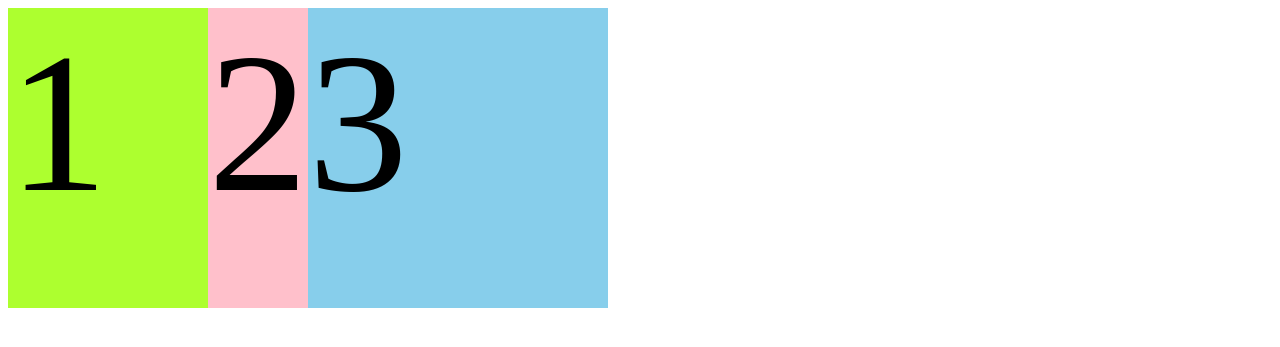
Repository: Germtao/Web
Page: web_css/css_浮动.html
These files come from the project's save history. The page is drawn as it stood at one moment and after the next save; the edit follows.
The browser window is 1280 px wide. The pictures show the whole page.

Above is the page before, as saved 2020-10-29 17:47:46.

### web_css/css_浮动.html
<!DOCTYPE html>
<html lang="en">

<head>
  <meta charset="UTF-8">
  <meta name="viewport" content="width=device-width, initial-scale=1.0">
  <title>css-浮动</title>

  <!-- <style type="text/css">
    span {
      font-size: 100px;
    }
  </style> -->

  <!-- 行内元素和块级元素 -->
  <!-- 行内元素和块级元素的区别：
    行内元素：
      - 与其他行内元素并排
      - 不能设置宽、高。默认的宽度，就是文字的宽度
    块级元素：
      - 霸占一行，不能与其他任何元素并列
      - 能接受宽、高。如果不设置宽度，那么宽度将默认变为父亲的100%
   -->
  <!-- <style type="text/css">
    h1 {
      background-color: pink;
      width: 500px;
      height: 80px;
    }

    span {
      display: block;
      background: red;
      /* 设置无效 */
      width: 500px;
      height: 80px;
    }

    div {
      display: inline;
      background-color: pink;
      width: 500px;
      height: 80px;
    }
  </style> -->

  <!-- css中一共有三种手段，使一个元素脱离标准文档流：
    1. 浮动
    2. 绝对定位
    3. 固定定位
   -->
  <!-- <style type="text/css">
    .box1 {
      float: left;
      width: 200px;
      height: 200px;
      background-color: yellowgreen;
    }

    .box2 {

      width: 300px;
      height: 300px;
      background-color: skyblue;
    }
  </style> -->

  <!-- 性质2：浮动的元素互相贴靠 -->
  <style type="text/css">
    div {
      font-size: 200px;
    }

    .div1 {
      float: left;
      background-color: greenyellow;
      width: 200px;
      height: 300px;
    }

    .div2 {
      float: left;
      background-color: pink;
      width: 100px;
      height: 300px;
    }

    .div3 {
      float: left;
      background-color: skyblue;
      width: 300px;
      height: 300px;
    }
  </style>
</head>

<body>
  <!-- <p>
    哈哈
    <span>王者荣耀</span>
    哈哈哈哈哈哈哈
    <img src="http://img.smyhvae.com/20170729_1445.png" alt="">
    <img src="http://img.smyhvae.com/20170729_1502.png" alt="">
  </p> -->

  <!-- 行内元素和块级元素 -->
  <!-- <h1>内容1</h1>
  <h1>内容2</h1>

  <span>内容3</span>
  <span>内容4</span>

  <div>我是大标题</div> -->

  <!-- 浮动 -->
  <!-- <div class="box1"></div>
  <div class="box2"></div> -->

  <!-- 性质2：浮动的元素互相贴靠 -->
  <div class="div1">1</div>
  <div class="div2">2</div>
  <div class="div3">3</div>
</body>

</html>

After the next save:
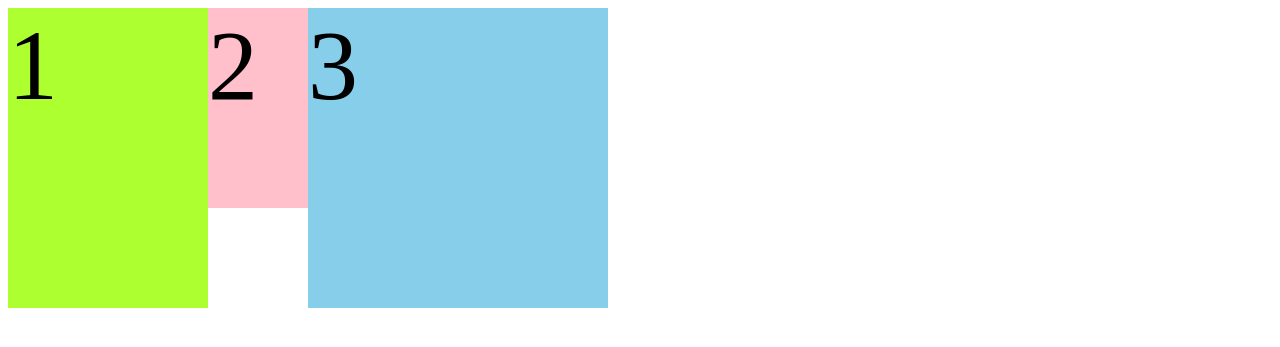
Saved 6 s later.
--- a/web_css/css_浮动.html
+++ b/web_css/css_浮动.html
@@ -68,7 +68,7 @@
   <!-- 性质2：浮动的元素互相贴靠 -->
   <style type="text/css">
     div {
-      font-size: 200px;
+      font-size: 100px;
     }
 
     .div1 {
@@ -82,7 +82,7 @@
       float: left;
       background-color: pink;
       width: 100px;
-      height: 300px;
+      height: 200px;
     }
 
     .div3 {
